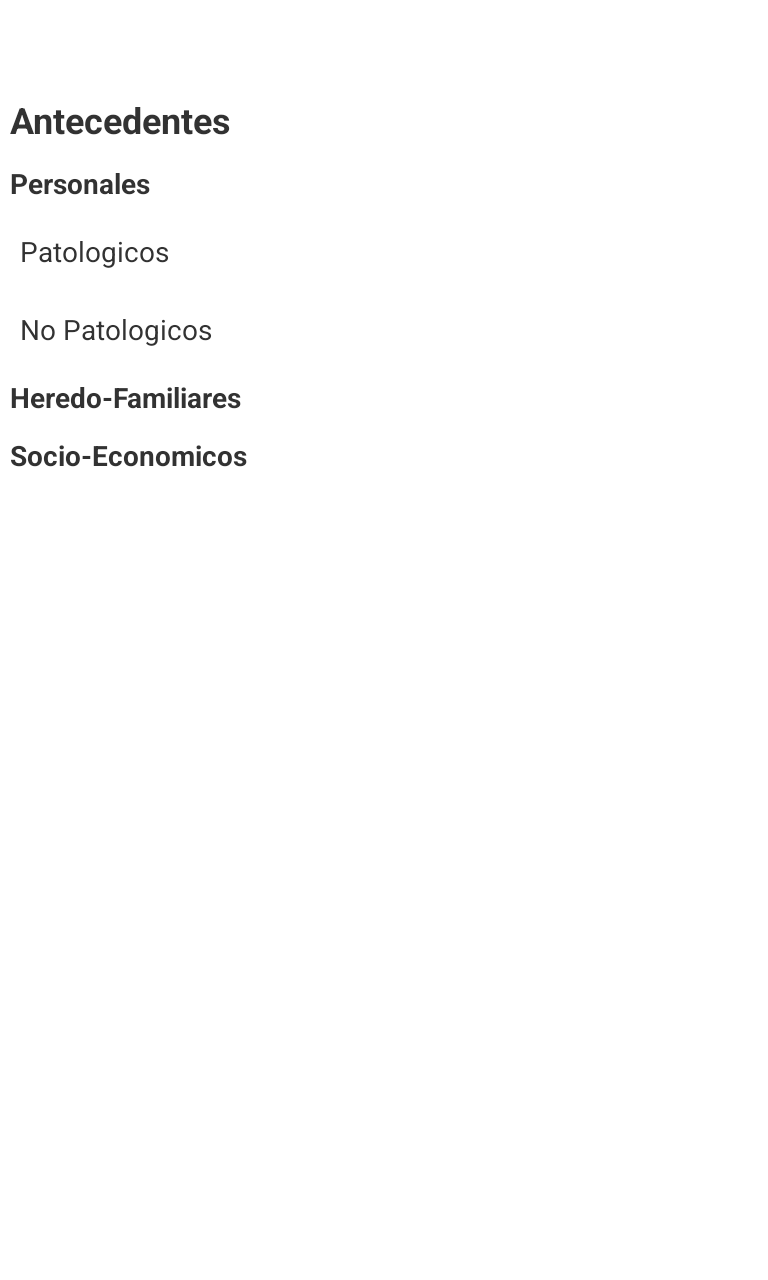
Repository: kakusio/AndoidMedics
Layout: NfcAndroidCliente/res/layout/historial_medico.xml
These files come from the project's save history. The layout is drawn as it stood at one moment and after the next save; the edit follows.
It is drawn on a 768 x 1280 px phone screen (xhdpi) without system bars, with theme AppTheme; the app's code is not run. Lists and similar views that code fills are empty.

Above is the layout before, as saved 2013-04-14 17:35:10.

### NfcAndroidCliente/res/layout/historial_medico.xml
<?xml version="1.0" encoding="UTF-8"?>
<LinearLayout xmlns:android="http://schemas.android.com/apk/res/android"
    android:layout_width="fill_parent"
    android:layout_height="fill_parent"
    android:orientation="vertical" >

    <RelativeLayout
        android:layout_width="match_parent"
        android:layout_height="wrap_content" >

        <TextView
            android:id="@+id/nombreUsuario"
            android:layout_width="match_parent"
            android:layout_height="wrap_content"
            android:layout_margin="5dp"
            android:textSize="20sp"
            android:textStyle="bold" />

        <TextView
            android:id="@+id/religionUsuario"
            android:layout_width="match_parent"
            android:layout_height="wrap_content"
            android:layout_margin="5dp" />

        <TextView
            android:id="@+id/edadUsuario"
            android:layout_width="match_parent"
            android:layout_height="wrap_content"
            android:layout_margin="5dp"
            android:textSize="24sp"
            android:textStyle="bold" />

        <TextView
            android:id="@+id/sexoUsuario"
            android:layout_width="match_parent"
            android:layout_height="wrap_content"
            android:layout_margin="5dp"
            android:textSize="24sp"
            android:textStyle="bold" />
    </RelativeLayout>

    <LinearLayout
        android:layout_width="match_parent"
        android:layout_height="wrap_content"
        android:orientation="vertical" >

        <TextView
            android:id="@+id/antecedentesTest"
            android:layout_width="match_parent"
            android:layout_height="wrap_content"
            android:layout_margin="5dp"
            android:text="Antecedentes"
            android:textSize="18sp"
            android:textStyle="bold" />

        <TextView
            android:id="@+id/Personales"
            android:layout_width="match_parent"
            android:layout_height="wrap_content"
            android:layout_margin="5dp"
            android:text="Personales"
            android:textStyle="bold" />
        <LinearLayout
            android:id="@+id/personaleslayout"
            android:layout_width="match_parent"
            android:layout_height="wrap_content"
            android:orientation="vertical" >

            <TextView
                android:id="@+id/patologicos"
                android:layout_width="match_parent"
                android:layout_height="wrap_content"
                android:layout_margin="10dp"
                android:text="Patologicos" />

            <LinearLayout
                android:id="@+id/patologicosLayout"
                android:layout_width="match_parent"
                android:layout_height="wrap_content"
                android:orientation="vertical" >

                <ListView
                    android:id="@+id/patologicosList"
                    android:layout_width="match_parent"
                    android:layout_height="wrap_content" >
                </ListView>
            </LinearLayout>

            <TextView
                android:id="@+id/noPatologicos"
                android:layout_width="match_parent"
                android:layout_height="wrap_content"
                android:layout_margin="10dp"
                android:text="No Patologicos" />

            <LinearLayout
                android:id="@+id/noPatologicosLayout"
                android:layout_width="match_parent"
                android:layout_height="wrap_content"
                android:orientation="vertical" >

                <ListView
                    android:id="@+id/noPatologicosList"
                    android:layout_width="match_parent"
                    android:layout_height="wrap_content" >
                </ListView>
            </LinearLayout>
        </LinearLayout>

        <TextView
            android:id="@+id/heredoFamiliares"
            android:layout_width="match_parent"
            android:layout_height="wrap_content"
            android:layout_margin="5dp"
            android:text="Heredo-Familiares"
            android:textStyle="bold" />

        <LinearLayout
            android:id="@+id/heredoFamiliaresLayout"
            android:layout_width="match_parent"
            android:layout_height="wrap_content"
            android:orientation="vertical" >

            <ListView
                android:id="@+id/heredoFamiliaresList"
                android:layout_width="match_parent"
                android:layout_height="wrap_content" >
            </ListView>
        </LinearLayout>

        <TextView
            android:id="@+id/socioEconomicos"
            android:layout_width="match_parent"
            android:layout_height="wrap_content"
            android:layout_margin="5dp"
            android:text="Socio-Economicos"
            android:textStyle="bold" />

        <LinearLayout
            android:id="@+id/socioEconomicosLayout"
            android:layout_width="match_parent"
            android:layout_height="wrap_content"
            android:orientation="vertical" >

            <ListView
                android:id="@+id/socioEconomicosList"
                android:layout_width="match_parent"
                android:layout_height="wrap_content" >
            </ListView>
        </LinearLayout>
    </LinearLayout>

</LinearLayout>

Loaded but not shown: NfcAndroidCliente/res/values-v11/styles.xml (common file); NfcAndroidCliente/res/values-v14/styles.xml (common file); NfcAndroidCliente/res/values/styles.xml (common file)

After the next save:
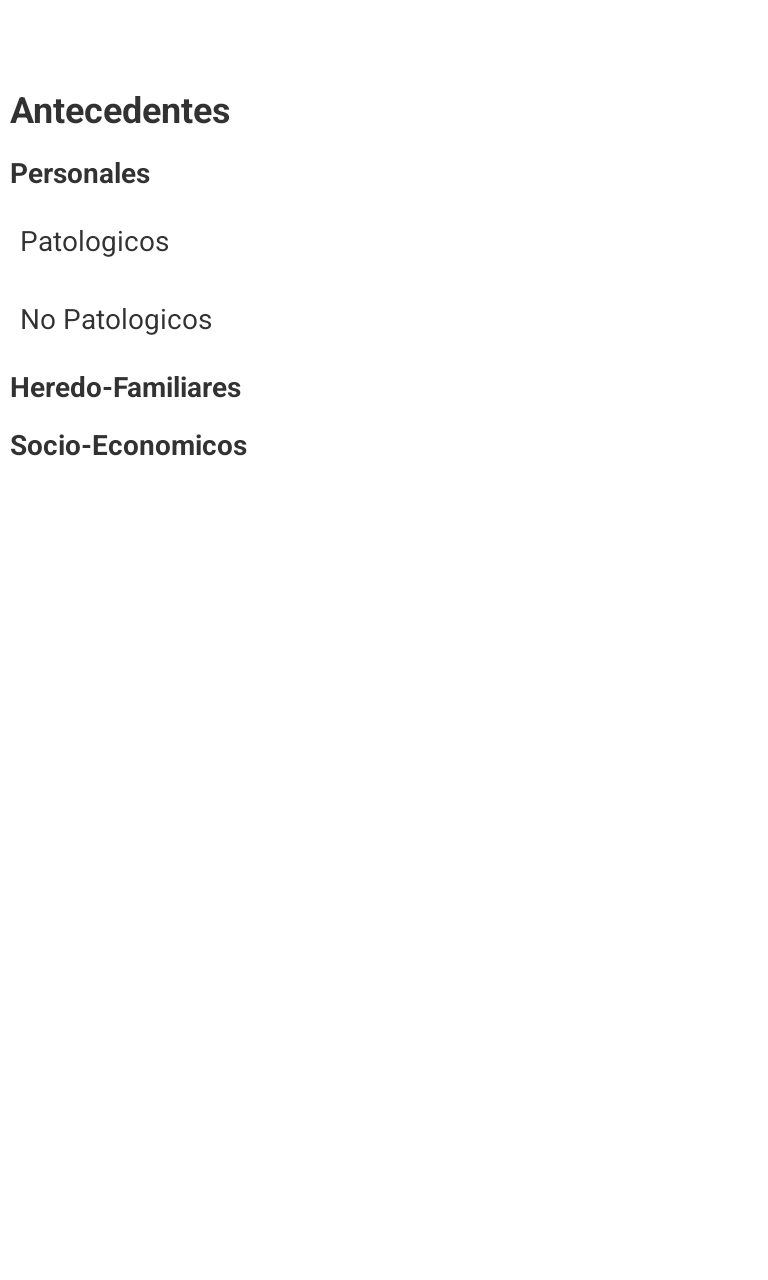
Saved 17 s later.
--- a/NfcAndroidCliente/res/layout/historial_medico.xml
+++ b/NfcAndroidCliente/res/layout/historial_medico.xml
@@ -26,17 +26,13 @@
             android:id="@+id/edadUsuario"
             android:layout_width="match_parent"
             android:layout_height="wrap_content"
-            android:layout_margin="5dp"
-            android:textSize="24sp"
-            android:textStyle="bold" />
+            android:layout_margin="5dp" />
 
         <TextView
             android:id="@+id/sexoUsuario"
             android:layout_width="match_parent"
             android:layout_height="wrap_content"
-            android:layout_margin="5dp"
-            android:textSize="24sp"
-            android:textStyle="bold" />
+            android:layout_margin="5dp" />
     </RelativeLayout>
 
     <LinearLayout
